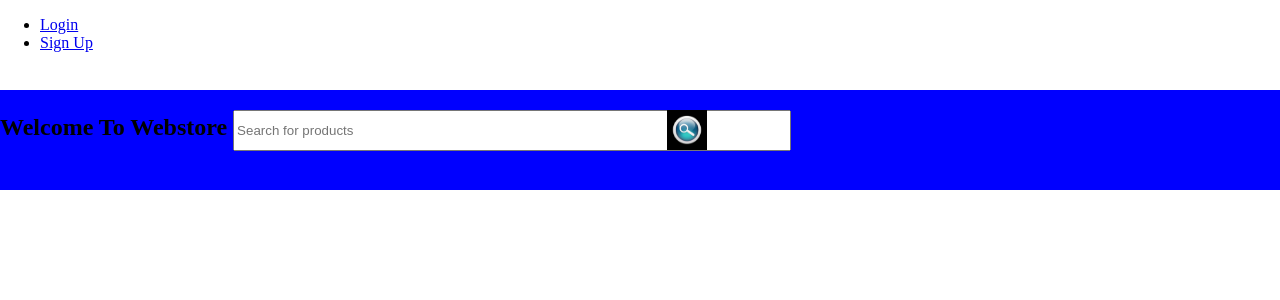
Repository: sourogithub/Final-yr-project-using-j2ee
Page: http://localhost/Webstore/JSP Pages/Front.jsp
An editor plug-in stored every save of this project. The page is shown before and after the next save, followed by the edit.
The browser window is 1280 px wide. The pictures show the whole page.
The page is served by Tomcat 9.

Above is the page before, as saved 2017-04-11 10:21:16.

### Webstore/WebContent/JSP Pages/Front.jsp
<%@ page language="java" contentType="text/html; charset=ISO-8859-1"
    pageEncoding="ISO-8859-1"%>
<!DOCTYPE html PUBLIC "-//W3C//DTD HTML 4.01 Transitional//EN" "http://www.w3.org/TR/html4/loose.dtd">
<html>
<head>
<meta http-equiv="Content-Type" content="text/html; charset=ISO-8859-1">
<title>Insert title here</title>
</head>
<body style="margin:0">
<div class="menu">
<ul>
<li><a href="Login.jsp">Login</a>
<li><a href="Sign_up.jsp">Sign Up</a>
</ul>
</div>
<div id="Logo"  style="background:blue; height:100px;position:fixed;top:90px;width:1370px;">
<h2>Welcome To Webstore
<input type="text" placeholder="Search for products" required style="border-width:2;width:550px;height:35px">
<a><img src="../images/search-images-17.jpg" height="40px" width="40px" style="position:fixed;right:573px"></a><br>
</h2>
</div>

</body>
</html>

After the next save:
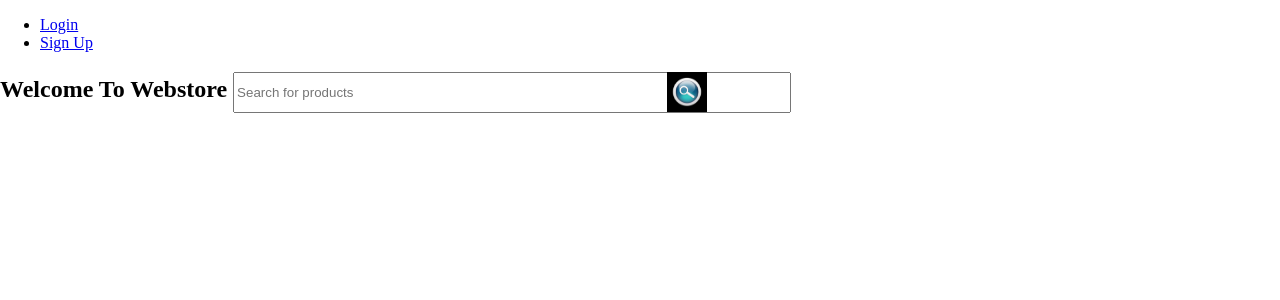
Saved 12 s later.
--- a/Webstore/WebContent/JSP Pages/Front.jsp
+++ b/Webstore/WebContent/JSP Pages/Front.jsp
@@ -13,7 +13,7 @@
 <li><a href="Sign_up.jsp">Sign Up</a>
 </ul>
 </div>
-<div id="Logo"  style="background:blue; height:100px;position:fixed;top:90px;width:1370px;">
+<div id="Logo">
 <h2>Welcome To Webstore
 <input type="text" placeholder="Search for products" required style="border-width:2;width:550px;height:35px">
 <a><img src="../images/search-images-17.jpg" height="40px" width="40px" style="position:fixed;right:573px"></a><br>
